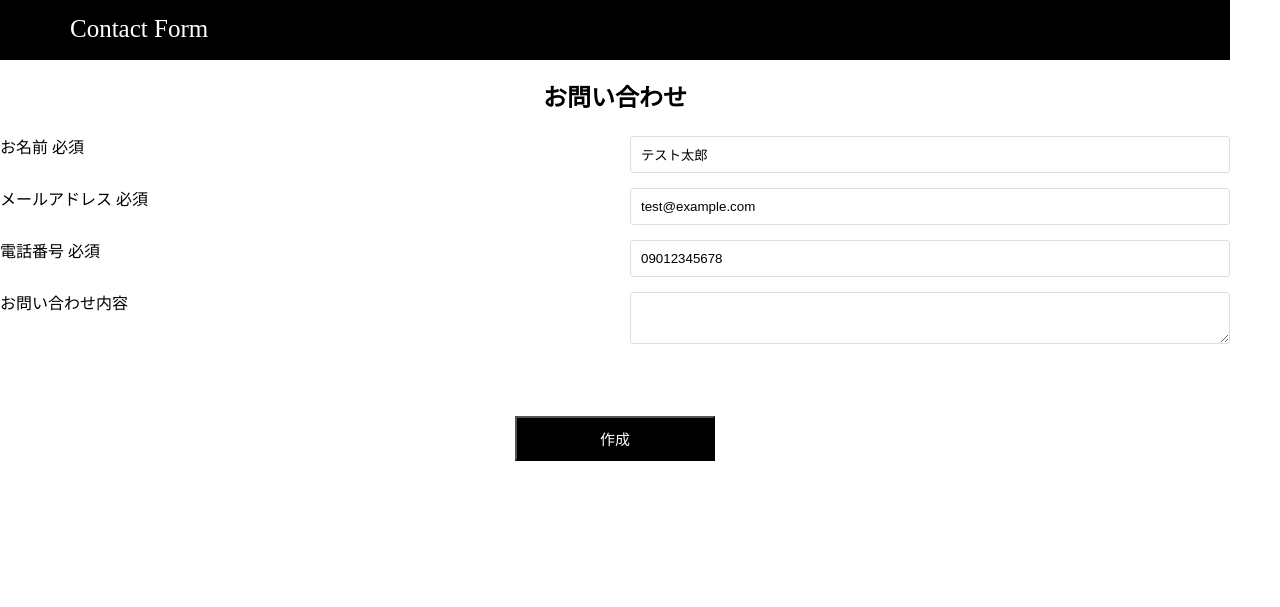
Repository: mayu-ya/my-contact-form
Page: http://localhost/
The author's editor kept a copy of each file at every save. The page is drawn from the files as they stood at one save, then again after the next save.
The browser window is 1280 px wide. The pictures show the whole page.
The page is served by the project's Laravel application, run on PHP 8.4 with Laravel 8. Other server files are loaded and not shown.

Above is the page before, as saved 2026-01-01 22:15:23.

### src/routes/web.php
<?php

use Illuminate\Support\Facades\Route;
use App\Http\Controllers\ContactController;

/*
|--------------------------------------------------------------------------
| Web Routes
|--------------------------------------------------------------------------
|
| Here is where you can register web routes for your application. These
| routes are loaded by the RouteServiceProvider within a group which
| contains the "web" middleware group. Now create something great!
|
*/

Route::get('/', [ContactController::class,'index']);

### src/app/Http/Controllers/ContactController.php
<?php

namespace App\Http\Controllers;

use Illuminate\Http\Request;

class ContactController extends Controller
{
    public function index()
    {
        return view('index');
    }
}

### src/resources/views/index.blade.php
@extends('layouts.app')

@section('css')
<link rel="stylesheet" href="{{ asset('css/index.css') }}">
@endsection

@section('content')
<div class="content">
    <div class="form-title">
        <h2 class="form-title-con">お問い合わせ</h2>
    </div>

    <form class="form">
        <div class="form-content">
            <div class="form-content-name">
                <span class="form-content-name_na">お名前</span>
                <span class="form-content-name_re">必須</span>
            </div>
            <div class="form_create">
                <input type="text" name="name" value="テスト太郎">
            </div>
        </div>
        <div class="form-content">
            <div class="form-content-email">
                <span class="form-content-email_em">メールアドレス</span>
                <span class="form-content-email_re">必須</span>
            </div>
            <div class="form_create">
                <input type="text" name="email" value="test@example.com">
            </div>
        </div>
        <div class="form-content">
            <div class="form-content-tel">
                <span class="form-content-tel_te">電話番号</span>
                <span class="form-content-tel_re">必須</span>
            </div>
            <div class="form_create">
                <input type="text" name="tel" value="09012345678">
            </div>
        </div>
        <div class="form-content">
            <div class="form-content-text">
                <span class="content-text_co">お問い合わせ内容</span>
            </div>
            <div class="form-text_create">
                <textarea name="text" value="資料をいただきたいです"></textarea>
            </div>

        </div>

        <div class="form-button">
            <button class="form-button_create">作成</button>
        </div>
    </form>
</div>
@endsection

### src/resources/views/layouts/app.blade.php
<!DOCTYPE html>
<html lang="ja">
<head>
    <meta charset="UTF-8">
    <meta name="viewport" content="width=device-width, initial-scale=1.0">
    <title>Contact Form</title>
    <link rel="stylesheet" href="{{ asset('css/sanitize.css') }}">
    <link rel="stylesheet" href="{{ asset('css/common.css') }}">
    @yield('css')
</head>
<body>
    <header class="header">
        <div class="header-title">
            <a href="/" class="header-logo">Contact Form</a>
        </div>
    </header>

    <main>
        @yield('content')
    </main>
</body>
</html>

### src/public/css/sanitize.css
/* Document
* ========================================================================== */

/**
* Add border box sizing in all browsers (opinionated).
*/

*,
::before,
::after {
  box-sizing: border-box;
}

/**
* 1. Add text decoration inheritance in all browsers (opinionated).
* 2. Add vertical alignment inheritance in all browsers (opinionated).
*/

::before,
::after {
  vertical-align: inherit;
  /* 2 */
  text-decoration: inherit;
  /* 1 */
}

/**
* 1. Use the default cursor in all browsers (opinionated).
* 2. Change the line height in all browsers (opinionated).
* 3. Use a 4-space tab width in all browsers (opinionated).
* 4. Remove the grey highlight on links in iOS (opinionated).
* 5. Prevent adjustments of font size after orientation changes in
*    IE on Windows Phone and in iOS.
* 6. Breaks words to prevent overflow in all browsers (opinionated).
*/

html {
  word-break: break-word;
  /* 6 */
  -moz-tab-size: 4;
  /* 3 */
  tab-size: 4;
  /* 3 */
  line-height: 1.5;
  /* 2 */
  cursor: default;
  /* 1 */

  -webkit-tap-highlight-color: transparent
    /* 4 */
  ;
  -ms-text-size-adjust: 100%;
  /* 5 */
  -webkit-text-size-adjust: 100%;
  /* 5 */
}

/* Sections
* ========================================================================== */

/**
* Remove the margin in all browsers (opinionated).
*/

body {
  margin: 0;
}

/**
* Correct the font size and margin on `h1` elements within `section` and
* `article` contexts in Chrome, Edge, Firefox, and Safari.
*/

h1 {
  margin: 0.67em 0;
  font-size: 2em;
}

/* Grouping content
* ========================================================================== */

/**
* Remove the margin on nested lists in Chrome, Edge, IE, and Safari.
*/

dl dl,
dl ol,
dl ul,
ol dl,
ul dl {
  margin: 0;
}

/**
* Remove the margin on nested lists in Edge 18- and IE.
*/

ol ol,
ol ul,
ul ol,
ul ul {
  margin: 0;
}

/**
* 1. Add the correct sizing in Firefox.
* 2. Show the overflow in Edge 18- and IE.
*/

hr {
  overflow: visible;
  /* 2 */
  height: 0;
  /* 1 */
}

/**
* Add the correct display in IE.
*/

main {
  display: block;
}

/**
* Remove the list style on navigation lists in all browsers (opinionated).
*/

nav ol,
nav ul {
  padding: 0;
  list-style: none;
}

/**
* 1. Correct the inheritance and scaling of font size in all browsers.
* 2. Correct the odd `em` font sizing in all browsers.
*/

pre {
  font-size: 1em;
  /* 2 */
  font-family: monospace, monospace;
  /* 1 */
}

/* Text-level semantics
* ========================================================================== */

/**
* Remove the gray background on active links in IE 10.
*/

a {
  background-color: transparent;
}

/**
* Add the correct text decoration in Edge 18-, IE, and Safari.
*/

abbr[title] {
  text-decoration: underline;
  text-decoration: underline dotted;
}

/**
* Add the correct font weight in Chrome, Edge, and Safari.
*/

b,
strong {
  font-weight: bolder;
}

/**
* 1. Correct the inheritance and scaling of font size in all browsers.
* 2. Correct the odd `em` font sizing in all browsers.
*/

code,
kbd,
samp {
  font-size: 1em;
  /* 2 */
  font-family: monospace, monospace;
  /* 1 */
}

/**
* Add the correct font size in all browsers.
*/

small {
  font-size: 80%;
}

/* Embedded content
* ========================================================================== */

/*
* Change the alignment on media elements in all browsers (opinionated).
*/

audio,
canvas,
iframe,
img,
svg,
video {
  vertical-align: middle;
}

/**
* Add the correct display in IE 9-.
*/

audio,
video {
  display: inline-block;
}

/**
* Add the correct display in iOS 4-7.
*/

audio:not([controls]) {
  display: none;
  height: 0;
}

/**
* Remove the border on iframes in all browsers (opinionated).
*/

iframe {
  border-style: none;
}

/**
* Remove the border on images within links in IE 10-.
*/

img {
  border-style: none;
}

/**
* Change the fill color to match the text color in all browsers (opinionated).
*/

svg:not([fill]) {
  fill: currentColor;
}

/**
* Hide the overflow in IE.
*/

svg:not(:root) {
  overflow: hidden;
}

/* Tabular data
* ========================================================================== */

/**
* Collapse border spacing in all browsers (opinionated).
*/

table {
  border-collapse: collapse;
}

/* Forms
* ========================================================================== */

/**
* Remove the margin on controls in Safari.
*/

button,
input,
select {
  margin: 0;
}

/**
* 1. Show the overflow in IE.
* 2. Remove the inheritance of text transform in Edge 18-, Firefox, and IE.
*/

button {
  overflow: visible;
  /* 1 */
  text-transform: none;
  /* 2 */
}

/**
* Correct the inability to style buttons in iOS and Safari.
*/

button,
[type="button"],
[type="reset"],
[type="submit"] {
  -webkit-appearance: button;
}

/**
* 1. Change the inconsistent appearance in all browsers (opinionated).
* 2. Correct the padding in Firefox.
*/

fieldset {
  padding: 0.35em 0.75em 0.625em;
  /* 2 */
  border: 1px solid #a0a0a0;
  /* 1 */
}

/**
* Show the overflow in Edge 18- and IE.
*/

input {
  overflow: visible;
}

/**
* 1. Correct the text wrapping in Edge 18- and IE.
* 2. Correct the color inheritance from `fieldset` elements in IE.
*/

legend {
  display: table;
  /* 1 */
  max-width: 100%;
  /* 1 */
  color: inherit;
  /* 2 */
  white-space: normal;
  /* 1 */
}

/**
* 1. Add the correct display in Edge 18- and IE.
* 2. Add the correct vertical alignment in Chrome, Edge, and Firefox.
*/

progress {
  display: inline-block;
  /* 1 */
  vertical-align: baseline;
  /* 2 */
}

/**
* Remove the inheritance of text transform in Firefox.
*/

select {
  text-transform: none;
}

/**
* 1. Remove the margin in Firefox and Safari.
* 2. Remove the default vertical scrollbar in IE.
* 3. Change the resize direction in all browsers (opinionated).
*/

textarea {
  overflow: auto;
  /* 2 */
  margin: 0;
  /* 1 */
  resize: vertical;
  /* 3 */
}

/**
* Remove the padding in IE 10-.
*/

[type="checkbox"],
[type="radio"] {
  padding: 0;
}

/**
* 1. Correct the odd appearance in Chrome, Edge, and Safari.
* 2. Correct the outline style in Safari.
*/

[type="search"] {
  outline-offset: -2px;
  /* 2 */

  -webkit-appearance: textfield;
  /* 1 */
}

/**
* Correct the cursor style of increment and decrement buttons in Safari.
*/

::-webkit-inner-spin-button,
::-webkit-outer-spin-button {
  height: auto;
}

/**
* Correct the text style of placeholders in Chrome, Edge, and Safari.
*/

::-webkit-input-placeholder {
  color: inherit;
  opacity: 0.54;
}

/**
* Remove the inner padding in Chrome, Edge, and Safari on macOS.
*/

::-webkit-search-decoration {
  -webkit-appearance: none;
}

/**
* 1. Correct the inability to style upload buttons in iOS and Safari.
* 2. Change font properties to `inherit` in Safari.
*/

::-webkit-file-upload-button {
  font: inherit;
  /* 2 */

  -webkit-appearance: button;
  /* 1 */
}

/**
* Remove the inner border and padding of focus outlines in Firefox.
*/

::-moz-focus-inner {
  padding: 0;
  border-style: none;
}

/**
* Restore the focus outline styles unset by the previous rule in Firefox.
*/

:-moz-focusring {
  outline: 1px dotted ButtonText;
}

/**
* Remove the additional :invalid styles in Firefox.
*/

:-moz-ui-invalid {
  box-shadow: none;
}

/* Interactive
* ========================================================================== */

/*
* Add the correct display in Edge 18- and IE.
*/

details {
  display: block;
}

/*
* Add the correct styles in Edge 18-, IE, and Safari.
*/

dialog {
  position: absolute;
  right: 0;
  left: 0;
  display: block;
  margin: auto;
  padding: 1em;
  width: -moz-fit-content;
  width: -webkit-fit-content;
  width: fit-content;
  height: -moz-fit-content;
  height: -webkit-fit-content;
  height: fit-content;
  border: solid;
  background-color: white;
  color: black;
}

dialog:not([open]) {
  display: none;
}

/*
* Add the correct display in all browsers.
*/

summary {
  display: list-item;
}

/* Scripting
* ========================================================================== */

/**
* Add the correct display in IE 9-.
*/

canvas {
  display: inline-block;
}

/**
* Add the correct display in IE.
*/

template {
  display: none;
}

/* User interaction
* ========================================================================== */

/*
* 1. Remove the tapping delay in IE 10.
* 2. Remove the tapping delay on clickable elements
in all browsers (opinionated).
*/

a,
area,
button,
input,
label,
select,
summary,
textarea,
[tabindex] {
  -ms-touch-action: manipulation;
  /* 1 */
  touch-action: manipulation;
  /* 2 */
}

/**
* Add the correct display in IE 10-.
*/

[hidden] {
  display: none;
}

/* Accessibility
* ========================================================================== */

/**
* Change the cursor on busy elements in all browsers (opinionated).
*/

[aria-busy="true"] {
  cursor: progress;
}

/*
* Change the cursor on control elements in all browsers (opinionated).
*/

[aria-controls] {
  cursor: pointer;
}

/*
* Change the cursor on disabled, not-editable, or otherwise
* inoperable elements in all browsers (opinionated).
*/

[aria-disabled="true"],
[disabled] {
  cursor: not-allowed;
}

/*
* Change the display on visually hidden accessible elements
* in all browsers (opinionated).
*/

[aria-hidden="false"][hidden] {
  display: initial;
}

[aria-hidden="false"][hidden]:not(:focus) {
  position: absolute;
  clip: rect(0, 0, 0, 0);
}

### src/public/css/common.css
.header {
    background: black;
    height: 60px;
    max-width: 1230px;
}

.header-logo{
    display: block;
    color: white;
    font-size: 25px;
    padding-top: 10px;
    padding-left: 70px;
    text-decoration: none;
    cursor: pointer;
}

### src/public/css/index.css
.content {
    max-width: 1230px;
}

.form-title-con {
    text-align: center;
}

.form {
    margin: 0 auto;
    text-align: center;
}

.form-content {
    display: flex;
    justify-content: space-between;
    margin-bottom: 15px;
}

.form_create input,
.form-text_create textarea {
  padding: 10px;
  width: 600px;
  border: 1px solid #ddd;
  border-radius: 3px;
}

.form-button {
    text-align: center;
    padding: 50px;
}

.form-button_create {
    color: white;
    background: black;
    font-size: 15px;
    width: 200px;
    height: 45px;
    cursor: pointer;
}

Loaded but not shown: src/app/Http/Controllers/Controller.php (common file)

After the next save:
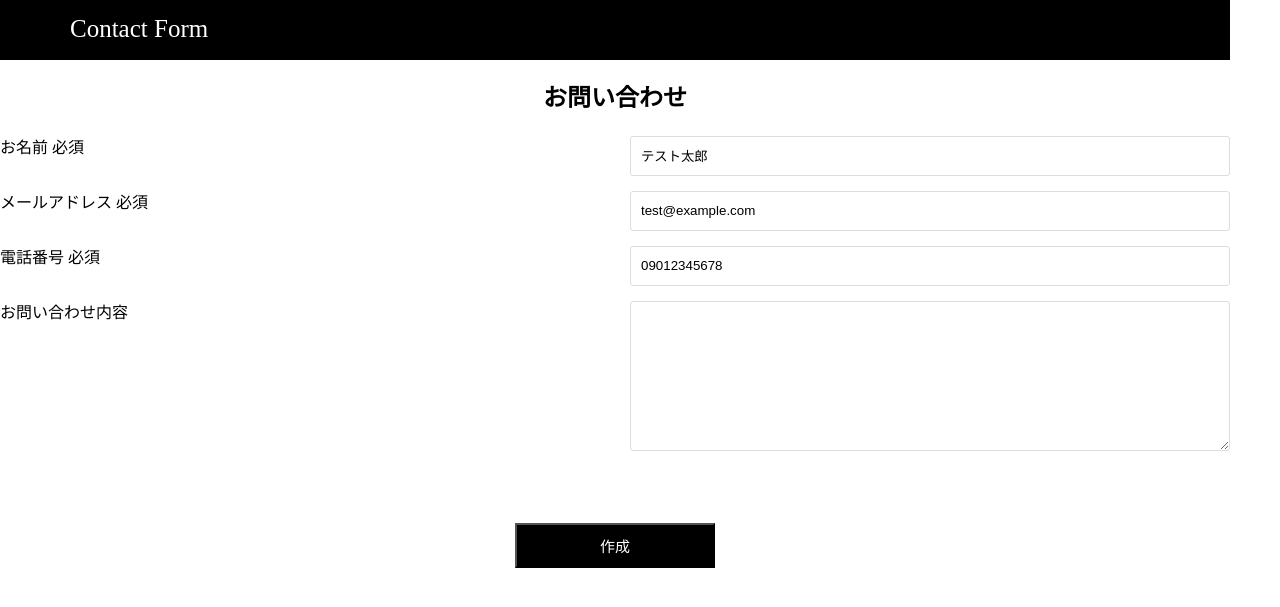
Saved 85 s later.
--- a/src/public/css/index.css
+++ b/src/public/css/index.css
@@ -25,6 +25,14 @@
   border-radius: 3px;
 }
 
+.form_create input {
+    height: 40px;
+}
+
+.form-text_create textarea {
+    height: 150px;
+}
+
 .form-button {
     text-align: center;
     padding: 50px;
